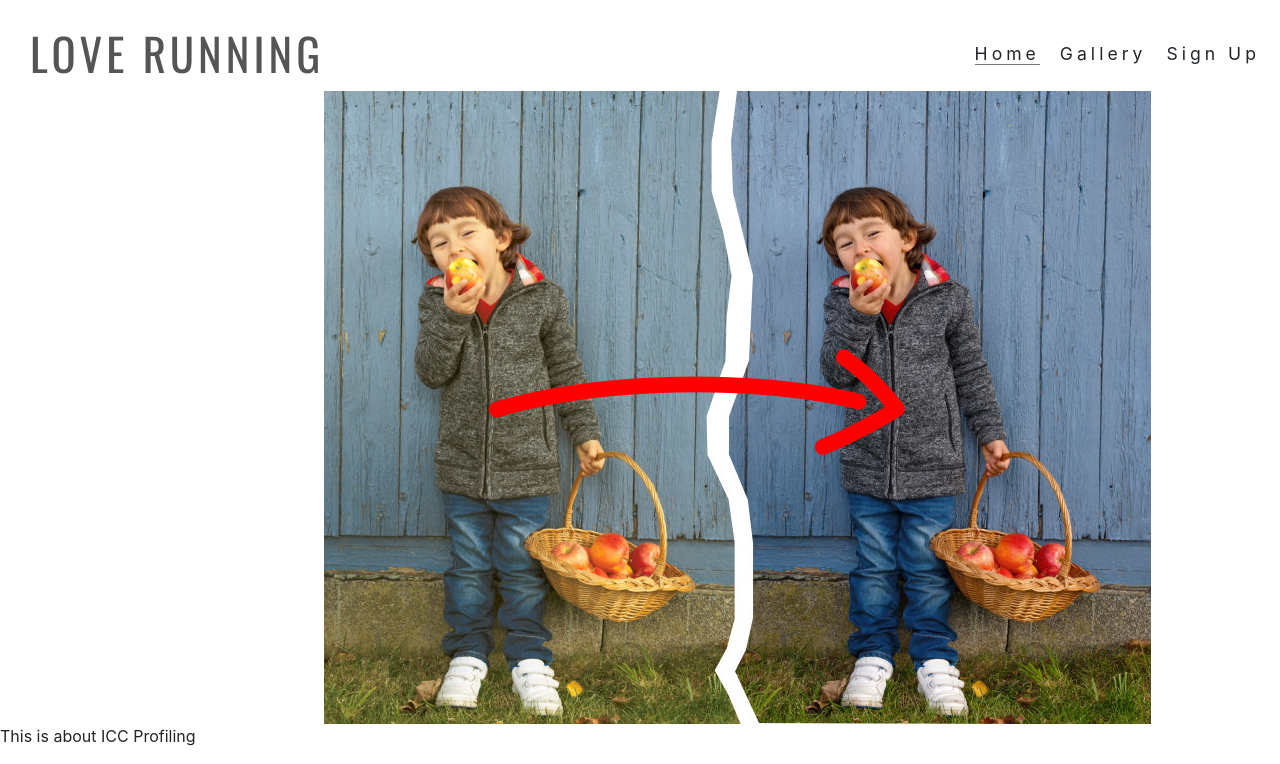
Repository: marks530/first_milestone
Page: index.html
These files come from the project's save history. The page is drawn as it stood at one moment and after the next save; the edit follows.
The browser window is 1280 px wide. The pictures show the whole page.
Some web libraries are served in a nearby version.

Above is the page before, as saved 2021-03-13 14:45:49.

After the next save:
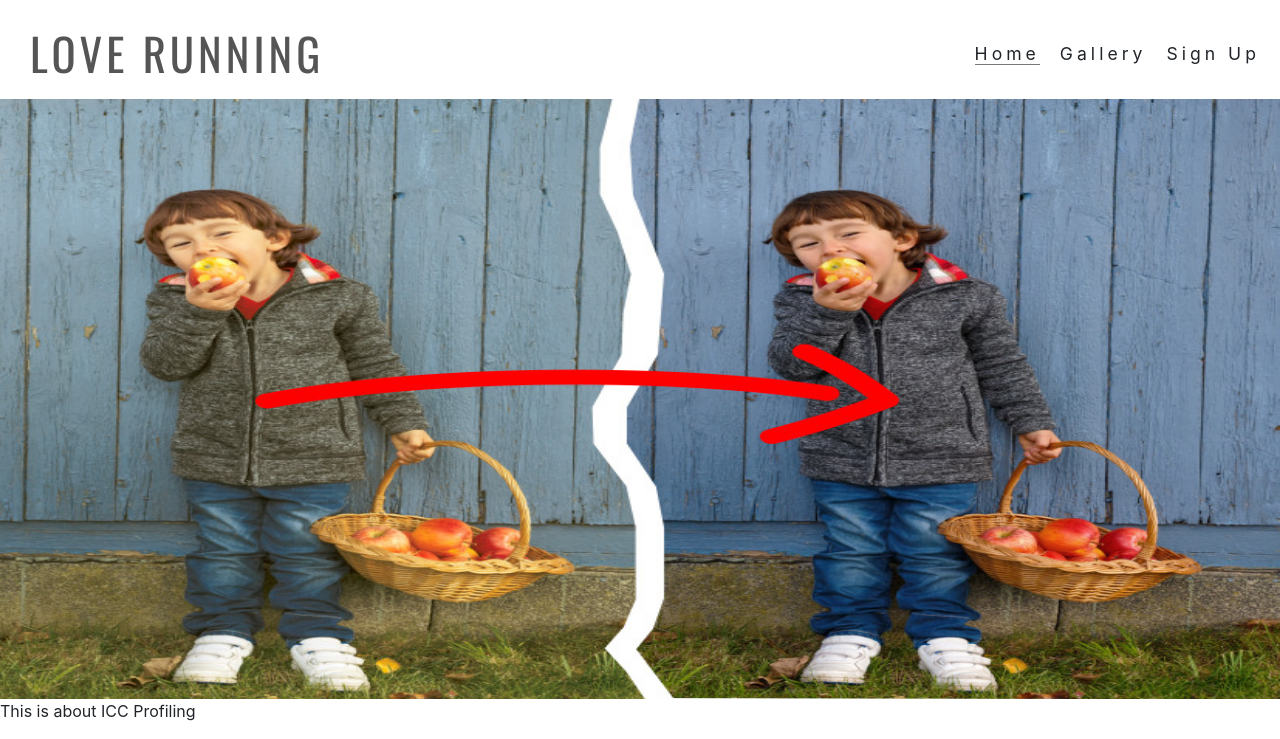
Saved 22 s later.
--- a/css/style.css
+++ b/css/style.css
@@ -51,7 +51,7 @@
     border-bottom: 1px solid #777777;
 }
 
-image {
+img {
     height: 600px;
     width: 100%;
 }
